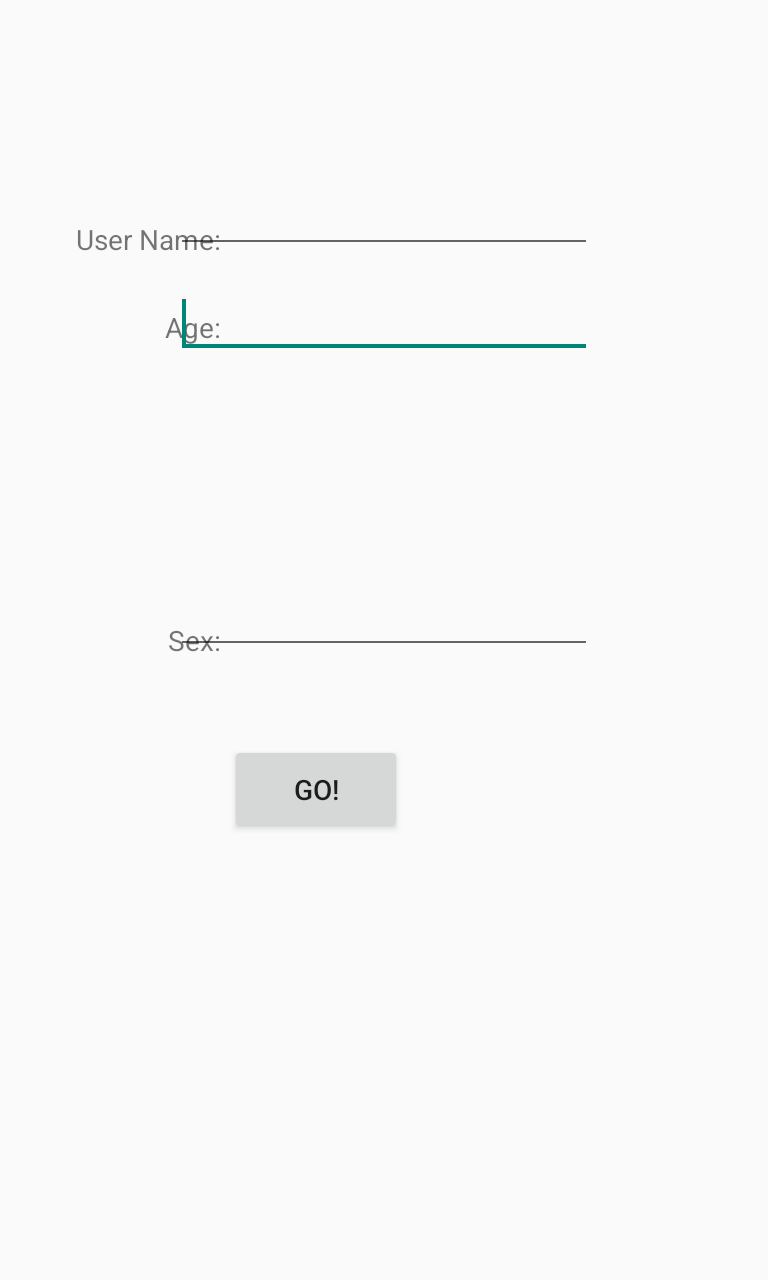
Repository: HaleyElliott/Mobile-Computing-Assignments
Layout: Rock_Paper_Scissors/res/layout/activity_main.xml
An editor plug-in stored every save of this project. The layout is shown before and after the next save, followed by the edit.
It is drawn on a 768 x 1280 px phone screen (xhdpi) without system bars, with theme AppTheme; the app's code is not run.

Above is the layout before, as saved 2014-09-22 18:04:58.

### Rock_Paper_Scissors/res/layout/activity_main.xml
<RelativeLayout xmlns:android="http://schemas.android.com/apk/res/android"
    xmlns:tools="http://schemas.android.com/tools"
    android:layout_width="match_parent"
    android:layout_height="match_parent"
    android:paddingBottom="@dimen/activity_vertical_margin"
    android:paddingLeft="@dimen/activity_horizontal_margin"
    android:paddingRight="@dimen/activity_horizontal_margin"
    android:paddingTop="@dimen/activity_vertical_margin"
    tools:context="com.example.rock_paper_scissors.MainActivity" >

    <TextView
        android:id="@+id/textView1"
        android:layout_width="wrap_content"
        android:layout_height="wrap_content"
        android:layout_alignParentLeft="true"
        android:layout_alignParentTop="true"
        android:layout_marginLeft="22dp"
        android:layout_marginTop="94dp"
        android:text="User Name: " />

    <EditText
        android:id="@+id/userText"
        android:layout_width="wrap_content"
        android:layout_height="wrap_content"
        android:layout_alignBottom="@+id/textView1"
        android:layout_centerHorizontal="true"
        android:ems="10"
        android:inputType="text" />

    <TextView
        android:id="@+id/textView2"
        android:layout_width="wrap_content"
        android:layout_height="wrap_content"
        android:layout_alignRight="@+id/textView1"
        android:layout_below="@+id/textView1"
        android:layout_marginTop="25dp"
        android:text="Age: " />

    <EditText
        android:id="@+id/ageText"
        android:layout_width="wrap_content"
        android:layout_height="wrap_content"
        android:layout_alignBaseline="@+id/textView2"
        android:layout_alignBottom="@+id/textView2"
        android:layout_alignLeft="@+id/userText"
        android:ems="10"
        android:inputType="number" >

        <requestFocus />
    </EditText>

    <TextView
        android:id="@+id/textView3"
        android:layout_width="wrap_content"
        android:layout_height="wrap_content"
        android:layout_alignRight="@+id/textView2"
        android:layout_centerVertical="true"
        android:text="Sex: " />

    <EditText
        android:id="@+id/editText1"
        android:layout_width="wrap_content"
        android:layout_height="wrap_content"
        android:layout_alignBottom="@+id/textView3"
        android:layout_centerHorizontal="true"
        android:ems="10" />

    <Button
        android:id="@+id/goButton"
        android:layout_width="wrap_content"
        android:layout_height="wrap_content"
        android:layout_below="@+id/textView3"
        android:layout_marginTop="41dp"
        android:layout_toRightOf="@+id/textView3"
        android:text="Go!" />

</RelativeLayout>

Loaded but not shown: Rock_Paper_Scissors/res/values/styles.xml (common file); Rock_Paper_Scissors/res/values-v11/styles.xml (common file); Rock_Paper_Scissors/res/values-v14/styles.xml (common file); Rock_Paper_Scissors/res/values/dimens.xml (common file); Rock_Paper_Scissors/res/values-w820dp/dimens.xml (common file)

After the next save:
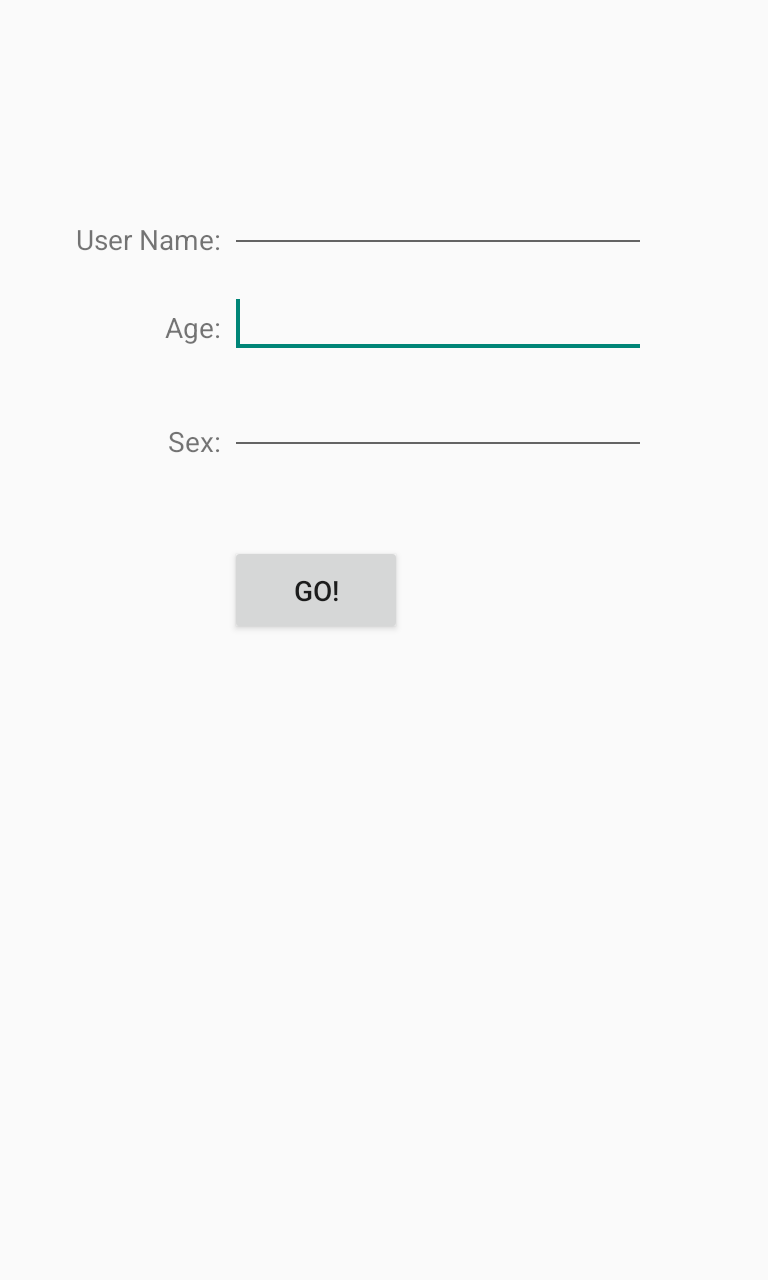
Saved 56 s later.
--- a/Rock_Paper_Scissors/res/layout/activity_main.xml
+++ b/Rock_Paper_Scissors/res/layout/activity_main.xml
@@ -23,7 +23,7 @@
         android:layout_width="wrap_content"
         android:layout_height="wrap_content"
         android:layout_alignBottom="@+id/textView1"
-        android:layout_centerHorizontal="true"
+        android:layout_alignLeft="@+id/goButton"
         android:ems="10"
         android:inputType="text" />
 
@@ -49,20 +49,12 @@
         <requestFocus />
     </EditText>
 
-    <TextView
-        android:id="@+id/textView3"
-        android:layout_width="wrap_content"
-        android:layout_height="wrap_content"
-        android:layout_alignRight="@+id/textView2"
-        android:layout_centerVertical="true"
-        android:text="Sex: " />
-
     <EditText
         android:id="@+id/editText1"
         android:layout_width="wrap_content"
         android:layout_height="wrap_content"
         android:layout_alignBottom="@+id/textView3"
-        android:layout_centerHorizontal="true"
+        android:layout_alignLeft="@+id/ageText"
         android:ems="10" />
 
     <Button
@@ -74,4 +66,13 @@
         android:layout_toRightOf="@+id/textView3"
         android:text="Go!" />
 
+    <TextView
+        android:id="@+id/textView3"
+        android:layout_width="wrap_content"
+        android:layout_height="wrap_content"
+        android:layout_alignRight="@+id/textView2"
+        android:layout_below="@+id/ageText"
+        android:layout_marginTop="30dp"
+        android:text="Sex: " />
+
 </RelativeLayout>
